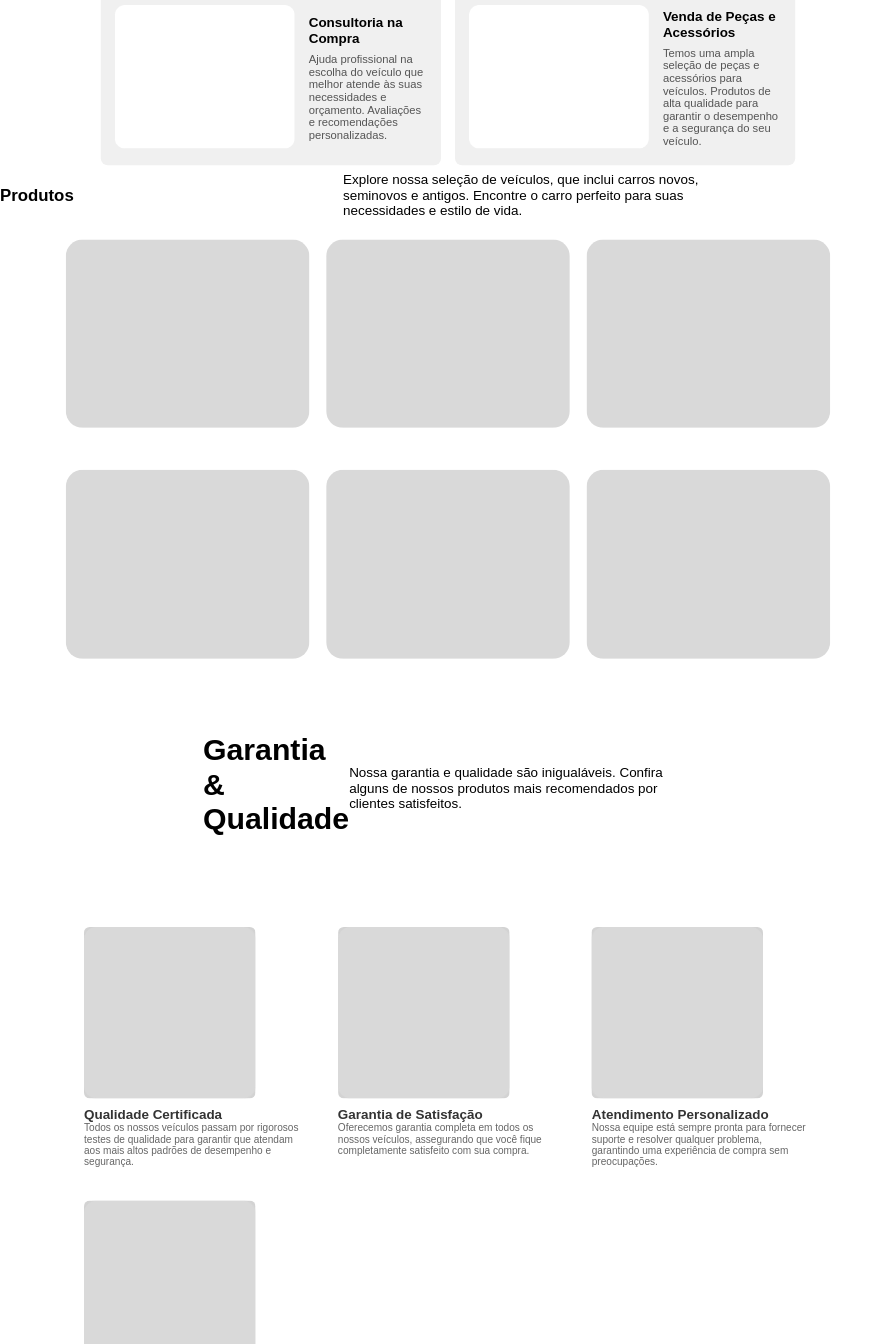
Repository: Matheus904-12/Reforma
Page: index.html
These files come from the project's save history. The page is drawn as it stood at one moment and after the next save; the edit follows.
The browser window is 1280 px wide. The pictures show the part of the page from y = 1243 to 3163 px (the page is 3557 px tall before and 3657 px after), at 70% of full size.
Some web libraries are served in a nearby version.

Above is the page before, as saved 2024-08-12 19:38:47.
Console error: TypeError: Cannot read properties of undefined (reading 'click')

After the next save:
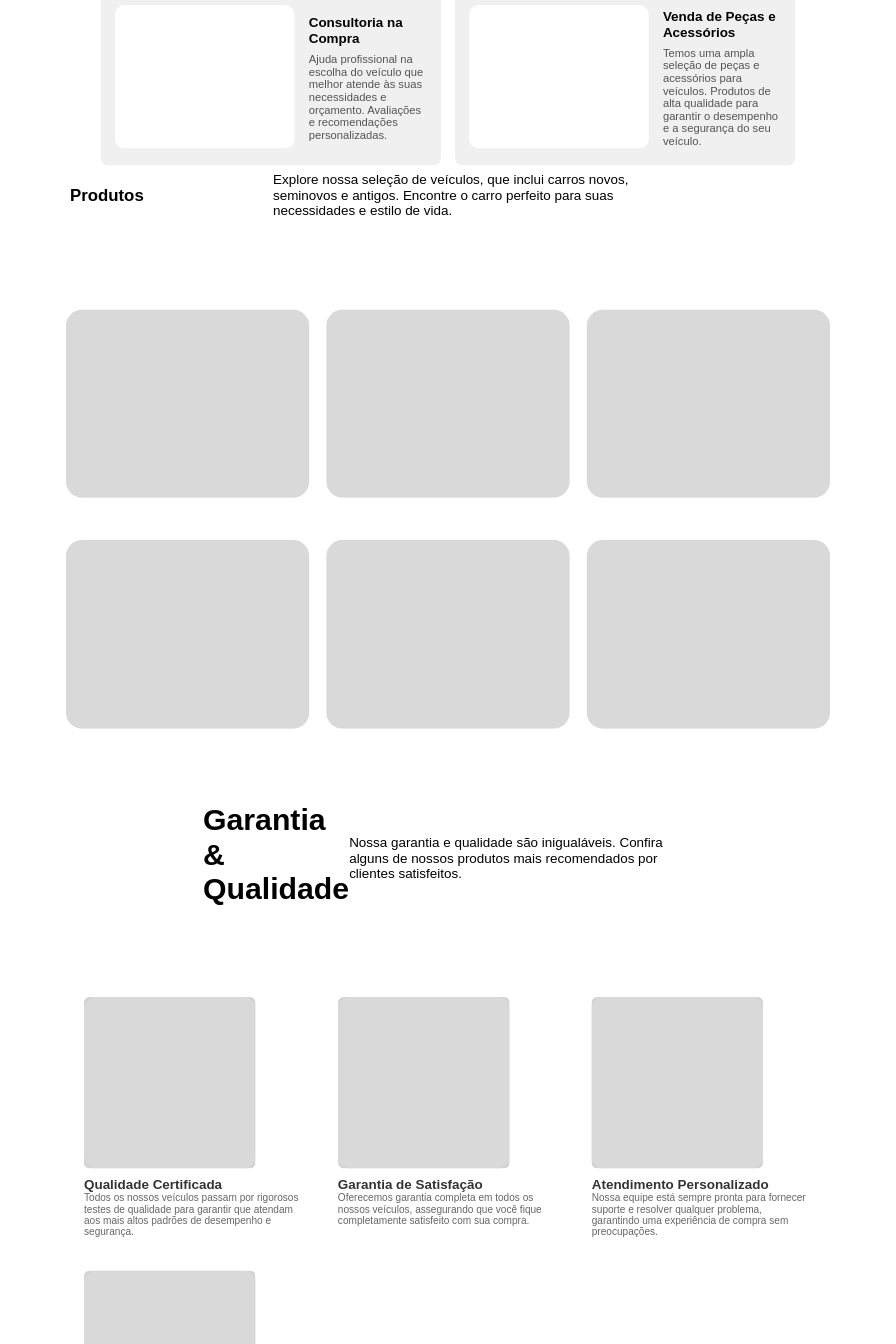
Saved 6 s later.
--- a/CSS/styles.css
+++ b/CSS/styles.css
@@ -155,7 +155,7 @@ header {
     margin-top: -100px;
 }
 
-.servicos {
+.servicos2 {
   padding: 100px;
   margin-top: -100px;
 }
